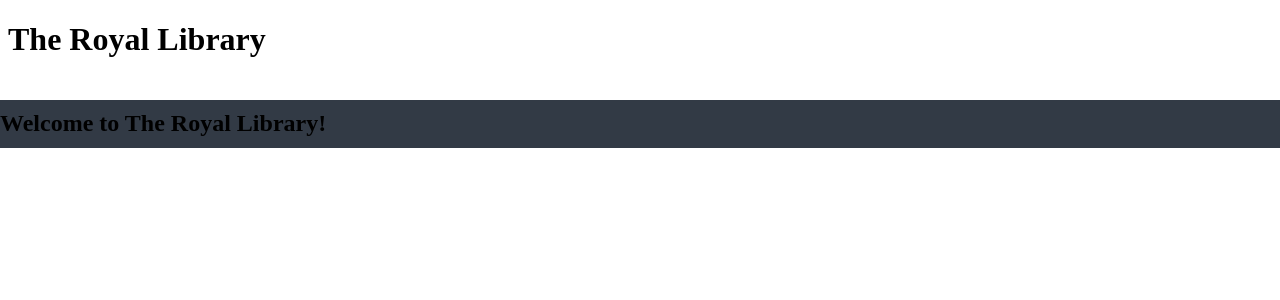
Repository: sedat-akdogan/royal_task
Page: / (app in angularapp/)
The author's editor kept a copy of each file at every save. The page is drawn from the files as they stood at one save, then again after a run of saves.
The browser window is 1280 px wide. The pictures show the whole page.
The page's requests for data from a server got no answer. The project was rebuilt for these pictures with package versions that can differ from the ones it lists, and the page was loaded fresh each time. No one was signed in, and anything a server would have sent is missing. Also part of the build but not shown: angularapp/angular.json, angularapp/src/app/data/data.component.ts.

Above is the page before, as saved 2023-07-03 04:56:58.

After the next 2 saves:
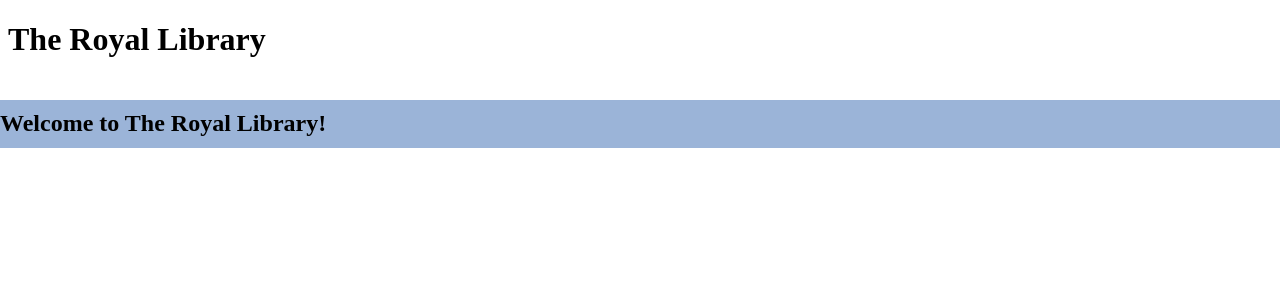
The 2 saves are shown as one change because they came seconds apart.
The last was saved 13 s later.
--- a/angularapp/src/app/app.component.css
+++ b/angularapp/src/app/app.component.css
@@ -1,6 +1,6 @@
 .h2 {
     width: 100%;
-    background-color: #323a45;
+    background-color: #9bb4d8;
     display: flex;
     justify-content: flex-start;
     align-items: center;
